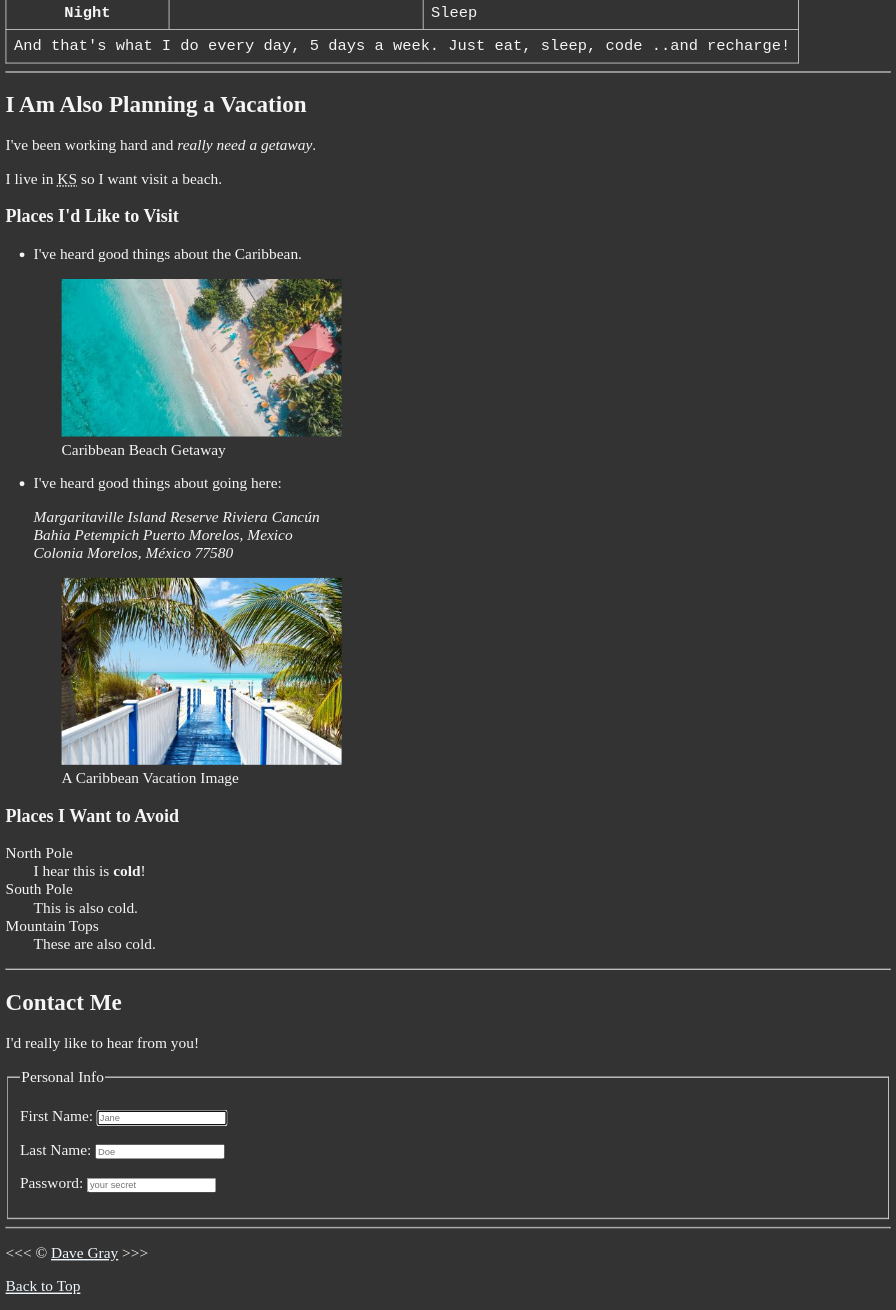
Repository: JavaProgrammerFromEastEurope/project-html-full-tutorial
Page: 09_lesson/index.html
An editor plug-in stored every save of this project. The page is shown before and after a run of saves, followed by the edit.
The browser window is 1280 px wide. The pictures show the part of the page from y = 1391 to 3311 px (the page is 3263 px tall before and 3311 px after), at 70% of full size.

Above is the page before, as saved 2023-04-07 04:42:04.

After the next 2 saves:
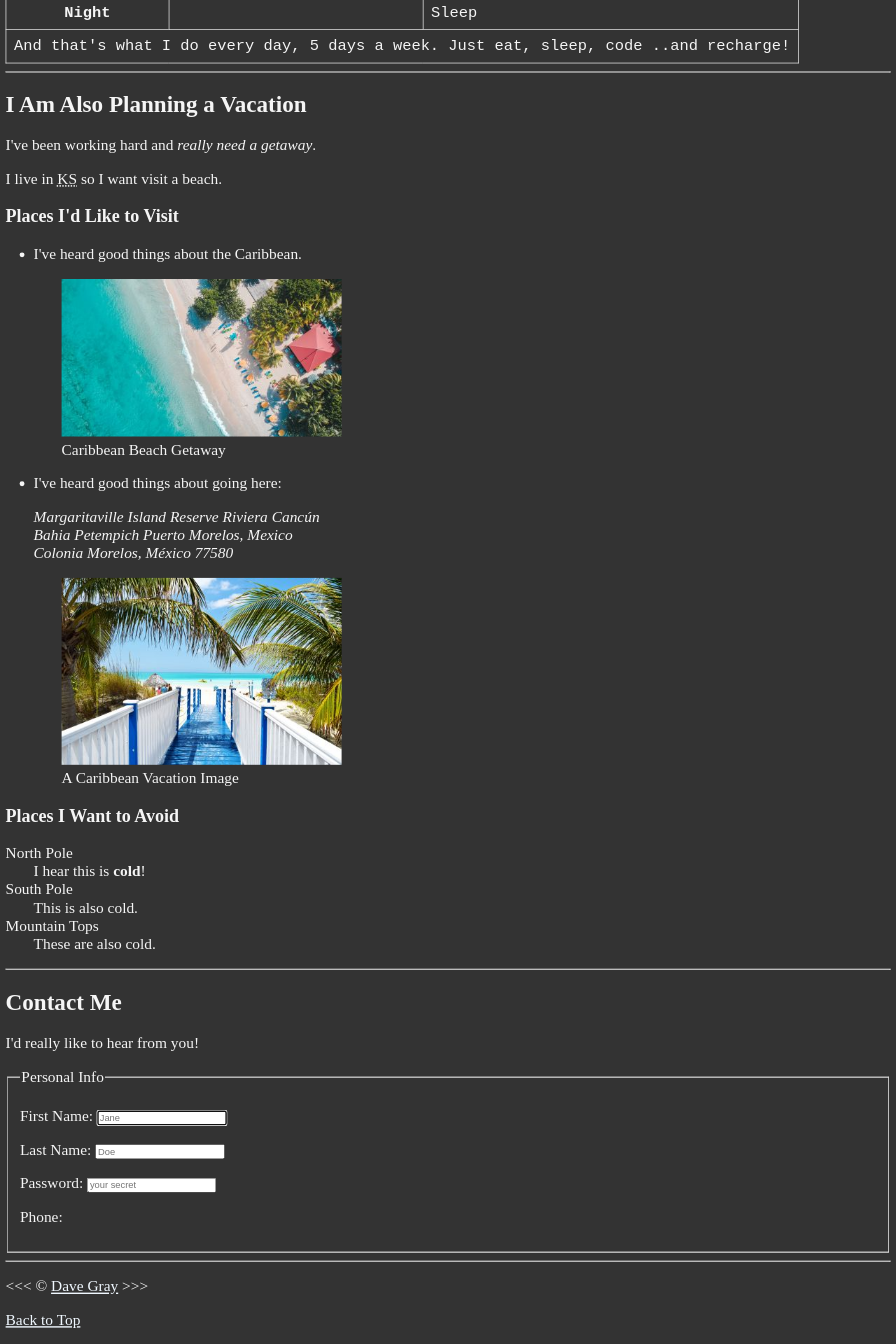
The 2 saves are shown as one change because they came seconds apart.
The last was saved 7 s later.
--- a/09_lesson/index.html
+++ b/09_lesson/index.html
@@ -223,7 +223,7 @@
 								<label for="password">Password:</label>
 								<input type="password" name="password" id="password" placeholder="your secret" required>
 							</p>
-							<p><label for="phone"></label></p>
+							<p><label for="phone">Phone:</label></p>
             </p>
           </fieldset>
         </form>
